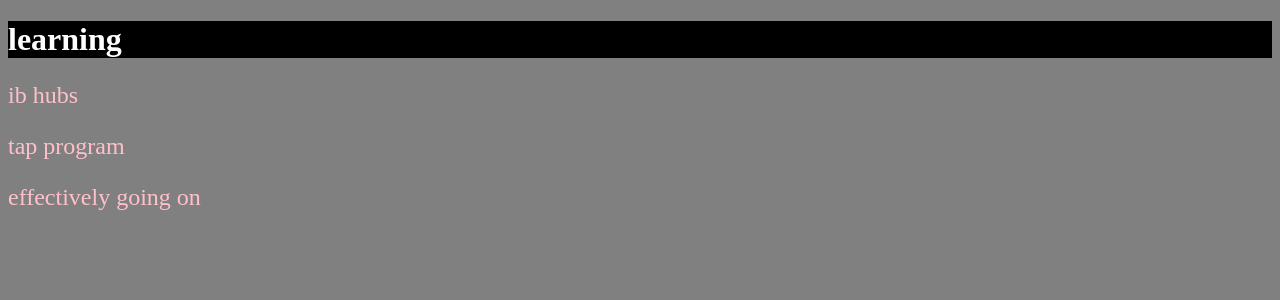
Repository: pranavi481/Assignments
Page: styles.html
The author's editor kept a record of every edit. The page is drawn from the files as they stood at one moment, then again after the next edit.
The browser window is 1280 px wide. The pictures show the whole page.

Above is the page before.

After the next edit:
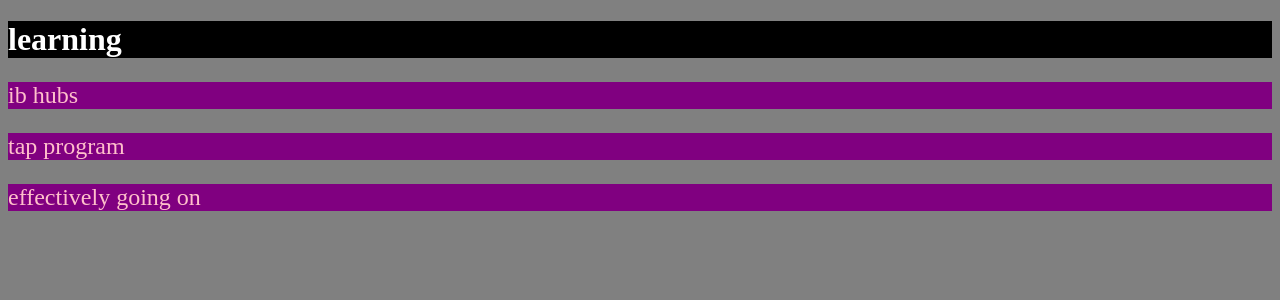
The edit:
--- a/styles.html
+++ b/styles.html
@@ -16,6 +16,7 @@
                color: red;
            }
            p{
+               background-color:purple;
                color: pink;
                font-size: 24px;
            }
